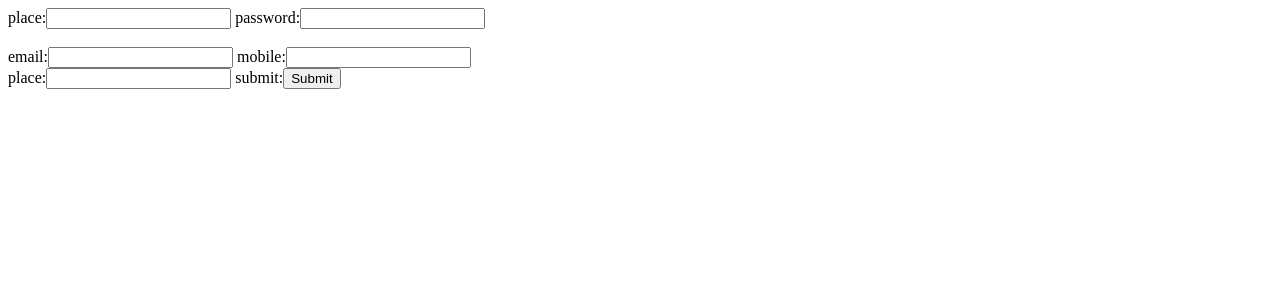
Repository: viveknaidu007/repo-113-HTML
Page: 9.html
An editor plug-in stored every save of this project. The page is shown before and after the next save, followed by the edit.
The browser window is 1280 px wide. The pictures show the whole page.

Above is the page before, as saved 2024-06-14 22:24:49.

After the next save:
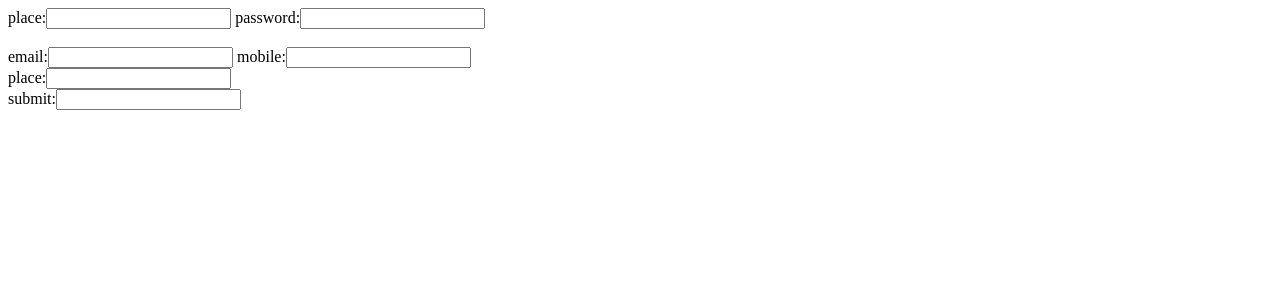
Saved 43 s later.
--- a/9.html
+++ b/9.html
@@ -10,8 +10,8 @@
             password:<input type="password"> <br> <br>
             email:<input type="email">
             mobile:<input type="tel"> <br>
-            place:<input type="number">
-            submit:<input type="submit">
+            place:<input type="number"> <br>
+            submit:<input type="submit here">
         </form>
     </body>
 </html>
